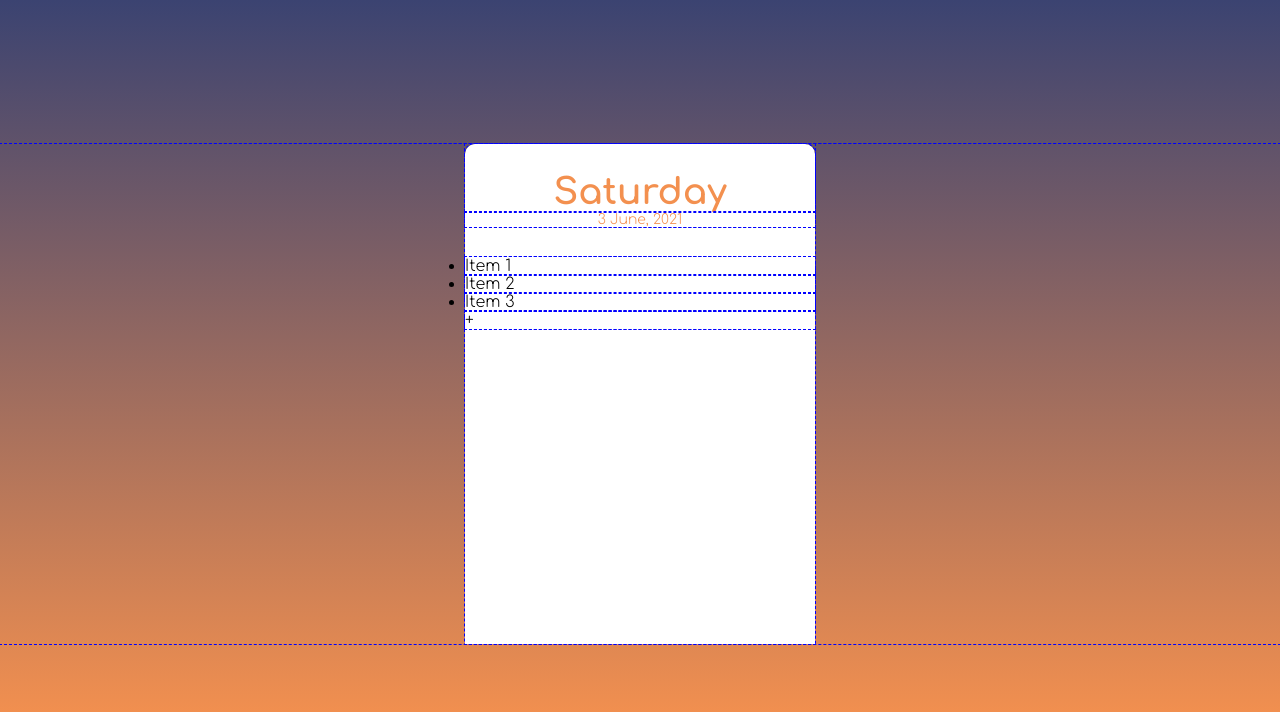
Repository: Colo-Codes/mini-projects
Page: todo-app/index.html
The author's editor kept a copy of each file at every save. The page is drawn from the files as they stood at one save, then again after the next save.
The browser window is 1280 px wide. The pictures show the whole page.

Above is the page before, as saved 2021-07-04 11:17:49.

After the next save:
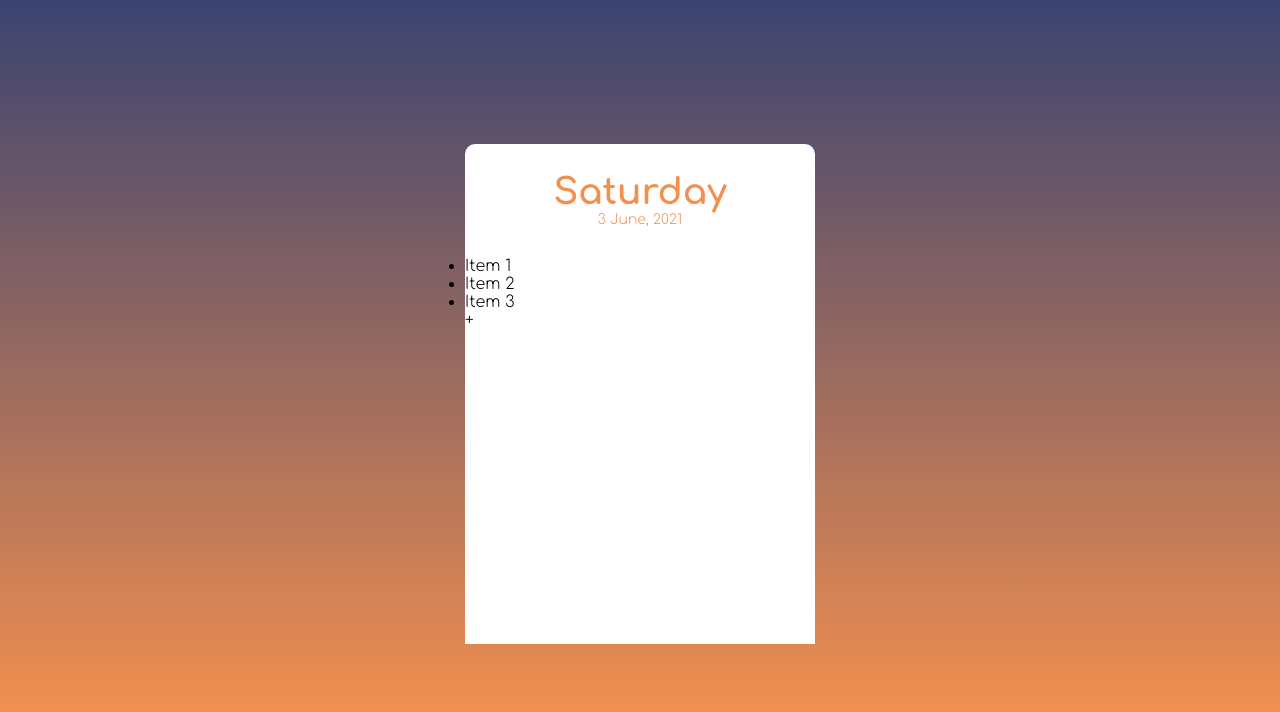
Saved 7 s later.
--- a/todo-app/css/index.css
+++ b/todo-app/css/index.css
@@ -13,7 +13,7 @@
     box-sizing: inherit;
     margin: 0;
     padding: 0;
-    outline: 1px dashed blue; /* Debugging purposes */
+    /*outline: 1px dashed blue; /* Debugging purposes */
 }
 
 body {

After the save that followed:
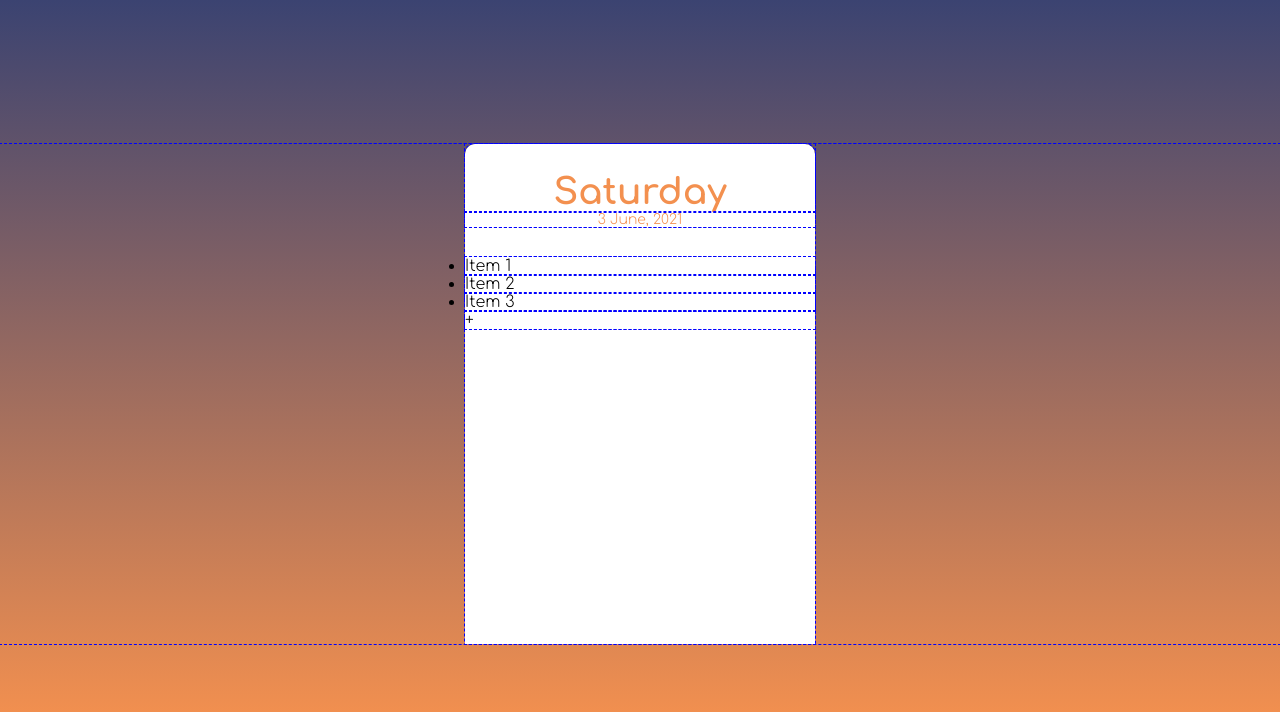
Saved 7 s later.
--- a/todo-app/css/index.css
+++ b/todo-app/css/index.css
@@ -13,7 +13,7 @@
     box-sizing: inherit;
     margin: 0;
     padding: 0;
-    /*outline: 1px dashed blue; /* Debugging purposes */
+    outline: 1px dashed blue; /* Debugging purposes */
 }
 
 body {
